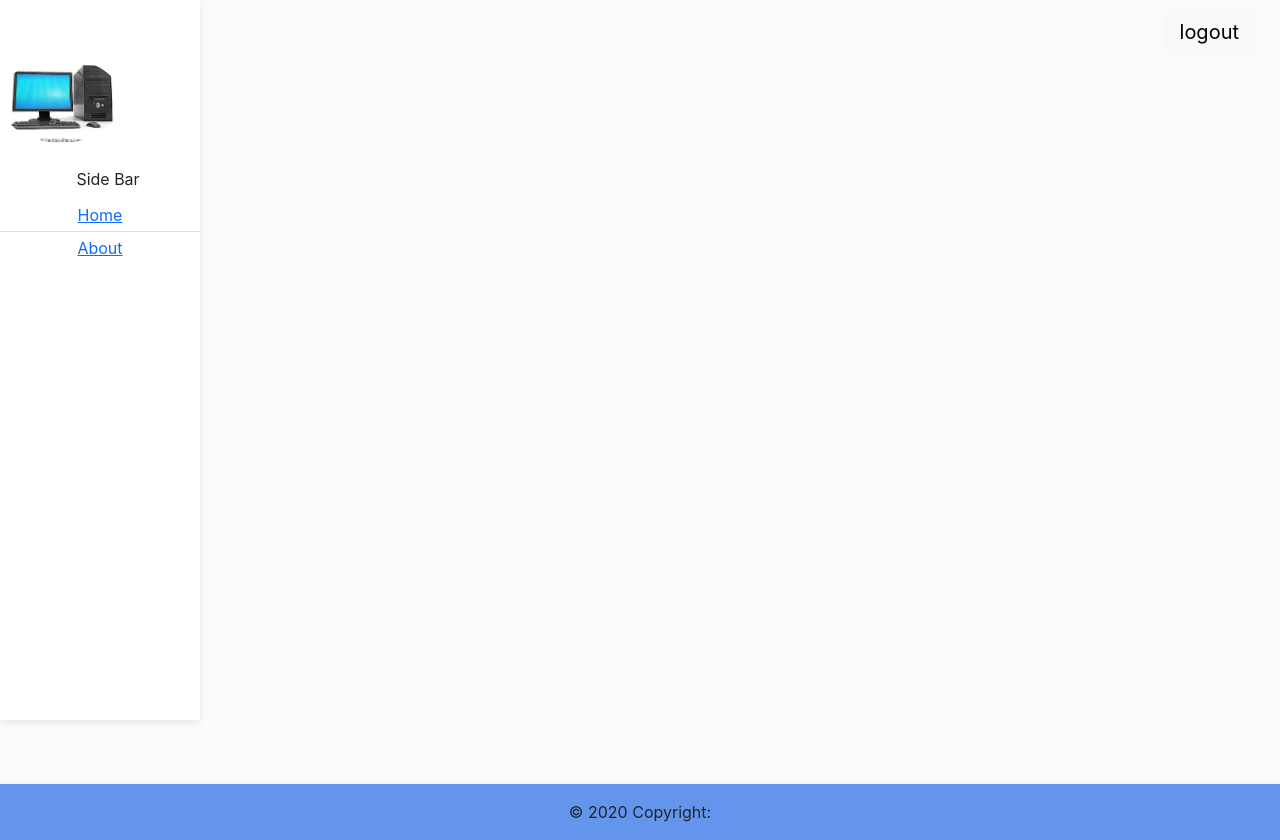
Repository: Sakshamccna/React
Page: /
These files come from the project's save history. The page is drawn as it stood at one moment and after the next save; the edit follows.
The browser window is 1280 px wide. The pictures show the whole page.
The project was rebuilt for these pictures with package versions that can differ from the ones it lists, and the page was loaded fresh each time. Also part of the build but not shown: src/Components/Home.tsx, src/Components/About.tsx.

Above is the page before, as saved 2022-12-26 12:24:51.

After the next save:
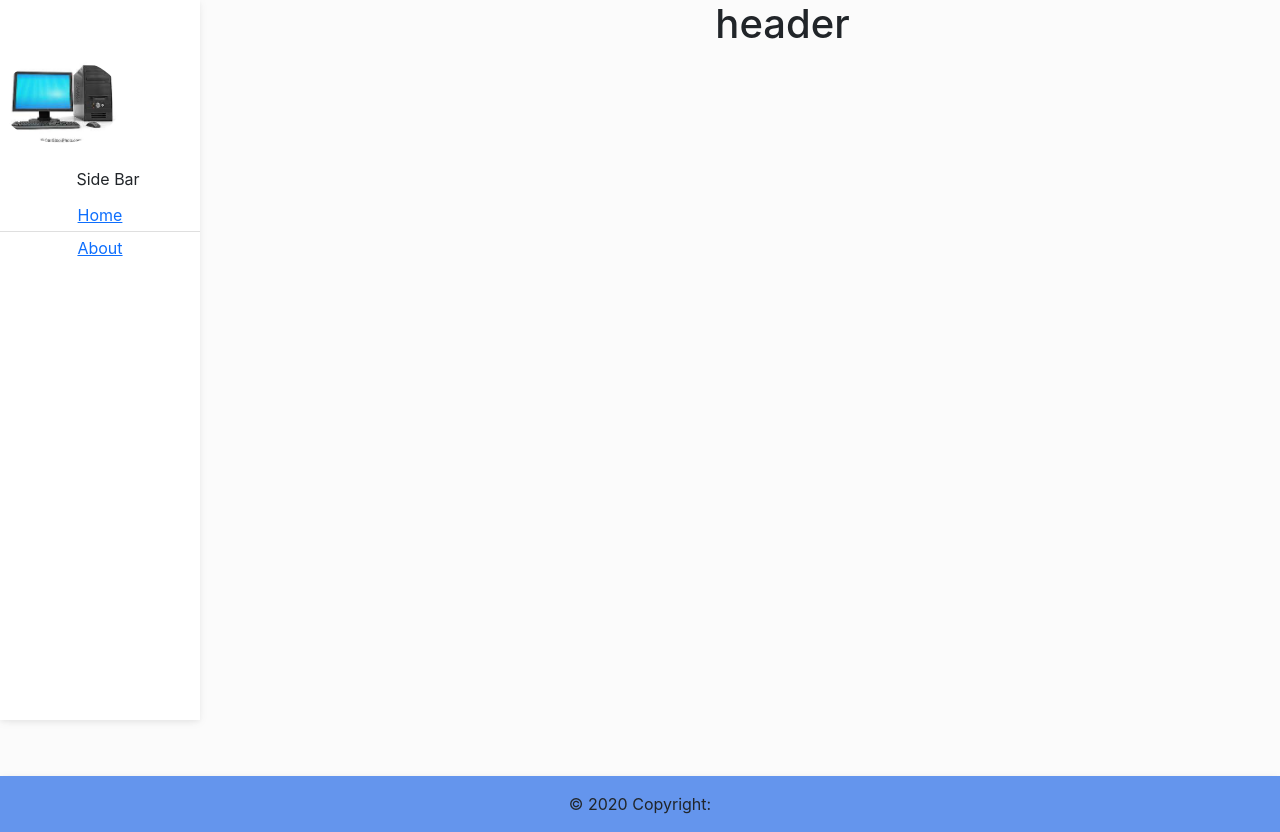
Saved 3 min 4 s later.
--- a/src/Components/Headers.tsx
+++ b/src/Components/Headers.tsx
@@ -5,7 +5,7 @@ import "./Header.css"
 function Headers() {
     return (
         <>
-            <nav className="navbar sticky-top navbar-lig navbar-light topnav-right">
+            {/* <nav className="navbar sticky-top navbar-lig navbar-light topnav-right">
 
                 <div className="">
                     <div className="d-flex justify-content-center mx-4 ">
@@ -13,7 +13,18 @@ function Headers() {
                     </div>
 
                 </div>
-            </nav>
+            </nav> */}
+            <div className='container'>
+                <div className='row'>
+                    <div className='col-3'>
+
+                    </div>
+                    <div className='col-9'>
+                        <h1>header</h1>
+                    </div>
+                </div>
+
+            </div>
             <Outlet />
 
         </>
